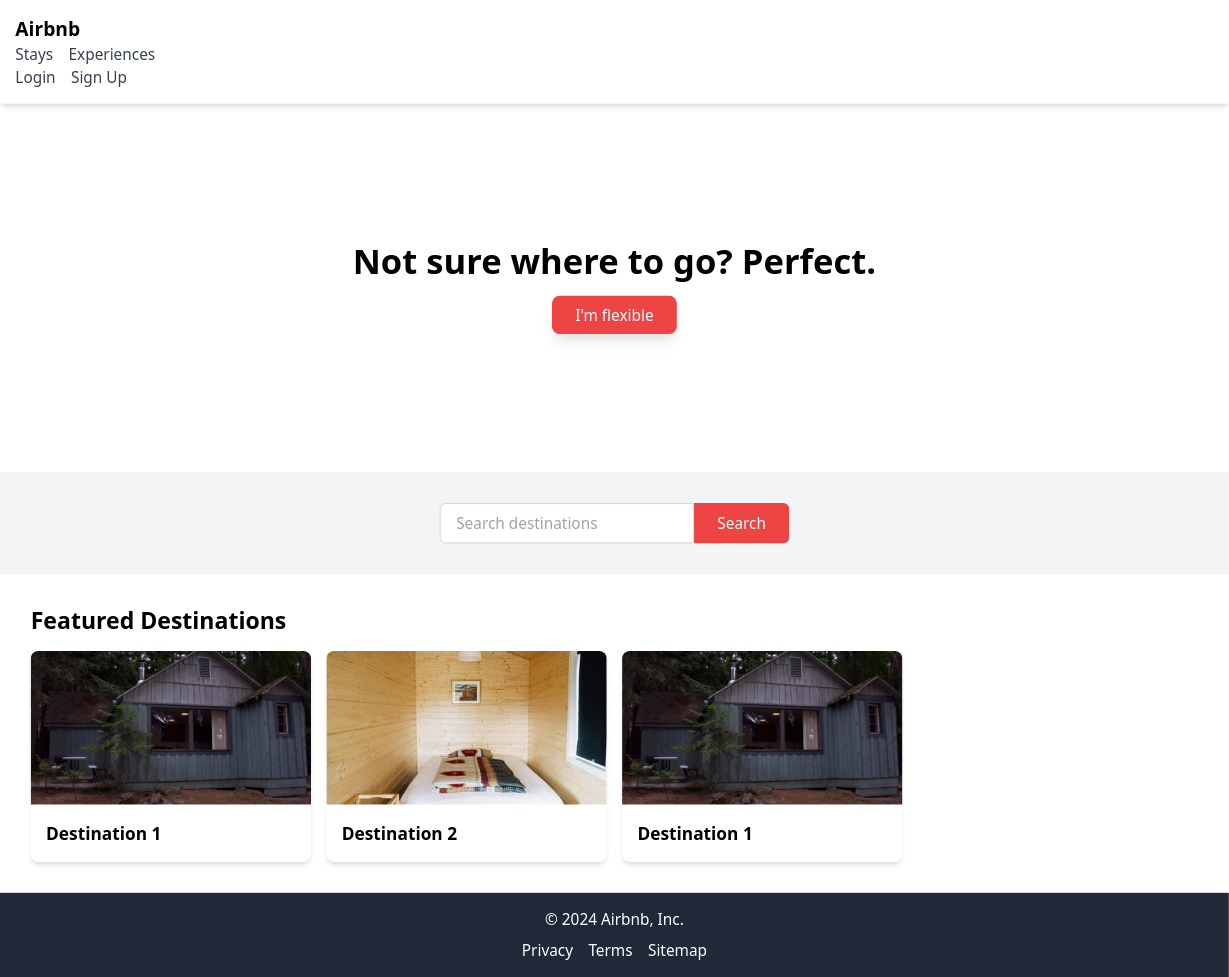
Repository: rmdayberry/Airbnb-Clone
Page: index.html
The author's editor kept a copy of each file at every save. The page is drawn from the files as they stood at one save, then again after the next save.
The browser window is 1280 px wide. The pictures show the whole page, at 96% of full size.

Above is the page before, as saved 2024-08-13 21:09:31.

### index.html
<!DOCTYPE html>
<html lang="en">
  <head>
    <meta charset="UTF-8" />
    <meta name="viewport" content="width=device-width, initial-scale=1.0" />
    <title>Airbnb Clone</title>
    <link
      href="https://cdn.jsdelivr.net/npm/tailwindcss@2.2.19/dist/tailwind.min.css"
      rel="stylesheet"
    />
  </head>
  <body class="font-sans">
    <!-- Navbar -->
    <nav class="lex justify-between items-center p-4 shadow-md bg-white">
      <div class="text-xl font-bold">Airbnb</div>
      <ul class="flex space-x-4">
        <li><a href="#" class="text-gray-700 hover:underline">Stays</a></li>
        <li>
          <a href="#" class="text-gray-700 hover:underline">Experiences</a>
        </li>
      </ul>
      <div class="flex space-x-4">
        <a href="#" class="text-gray-700 hover:underline">Login</a>
        <a href="#" class="text-gray-700 hover:underline">Sign Up</a>
      </div>
    </nav>

    <!-- Hero Section -->

    <header class="bg-cover bg-center h-96">
      <div class="flex flex-col justify-center items-center h-full">
        <h1 class="text-4xl font-bold mb-4">Not sure where to go? Perfect.</h1>
        <button class="bg-red-500 text-white py-2 px-6 rounded-lg shadow-lg">
          I'm flexible
        </button>
      </div>
    </header>

    <!-- Search Bar -->
    <section class="flex justify-center py-8 bg-gray-100">
      <input
        type="text"
        placeholder="Search destinations"
        class="px-4 py-2 border border-gray-300 rounded-l-md"
      />
      <button class="bg-red-500 text-white px-6 py-2 rounded-r-md">
        Search
      </button>
    </section>

    <!-- Featured Listings -->
    <section class="p-8">
      <h2 class="text-2xl font-bold mb-4">Featured Destinations</h2>
      <div
        class="grid grid-cols-1 sm:grid-cols-2 md:grid-cols-3 lg:grid-cols-4 gap-4"
      >
        <!-- Each listing-->
        <div class="bg-white shadow-md rounded-lg overflow-hidden">
          <img src="Images/cabin_at_priest_lake.jpg" alt="Destination 1" class="w-full h-40 object-cover"/>
          <div class="p-4">
            <h3 class="text-lg font-semibold">Destination 1</h3>
          </div>
        </div>
        <div class="bg-white shadow-md rounded-lg overflow-hidden">
          <img src="Images/cabin_bedroom_sleep_sleeping.jpg" alt="Destination 2" class="w-full h-40 object-cover"/>
          <div class="p-4">
            <h3 class="text-lg font-semibold">Destination 2</h3>
          </div>
        </div>
        <div class="bg-white shadow-md rounded-lg overflow-hidden">
          <img src="Images/cabin_at_priest_lake.jpg" alt="Destination 1" class="w-full h-40 object-cover"/>
          <div class="p-4">
            <h3 class="text-lg font-semibold">Destination 1</h3>
          </div>
        </div>
        <!-- Reapeat for more listings -->
      </div>
    </section>

    <!-- Footer -->
    <footer class="p-4 bg-gray-800 text-white text-center">
        <p>© 2024 Airbnb, Inc.</p>
        <ul class="flex justify-center space-x-4 mt-2">
          <li><a href="#" class="hover:underline">Privacy</a></li>
          <li><a href="#" class="hover:underline">Terms</a></li>
          <li><a href="#" class="hover:underline">Sitemap</a></li>
        </ul>
      </div>
    </footer>
  </body>
</html>

After the next save:
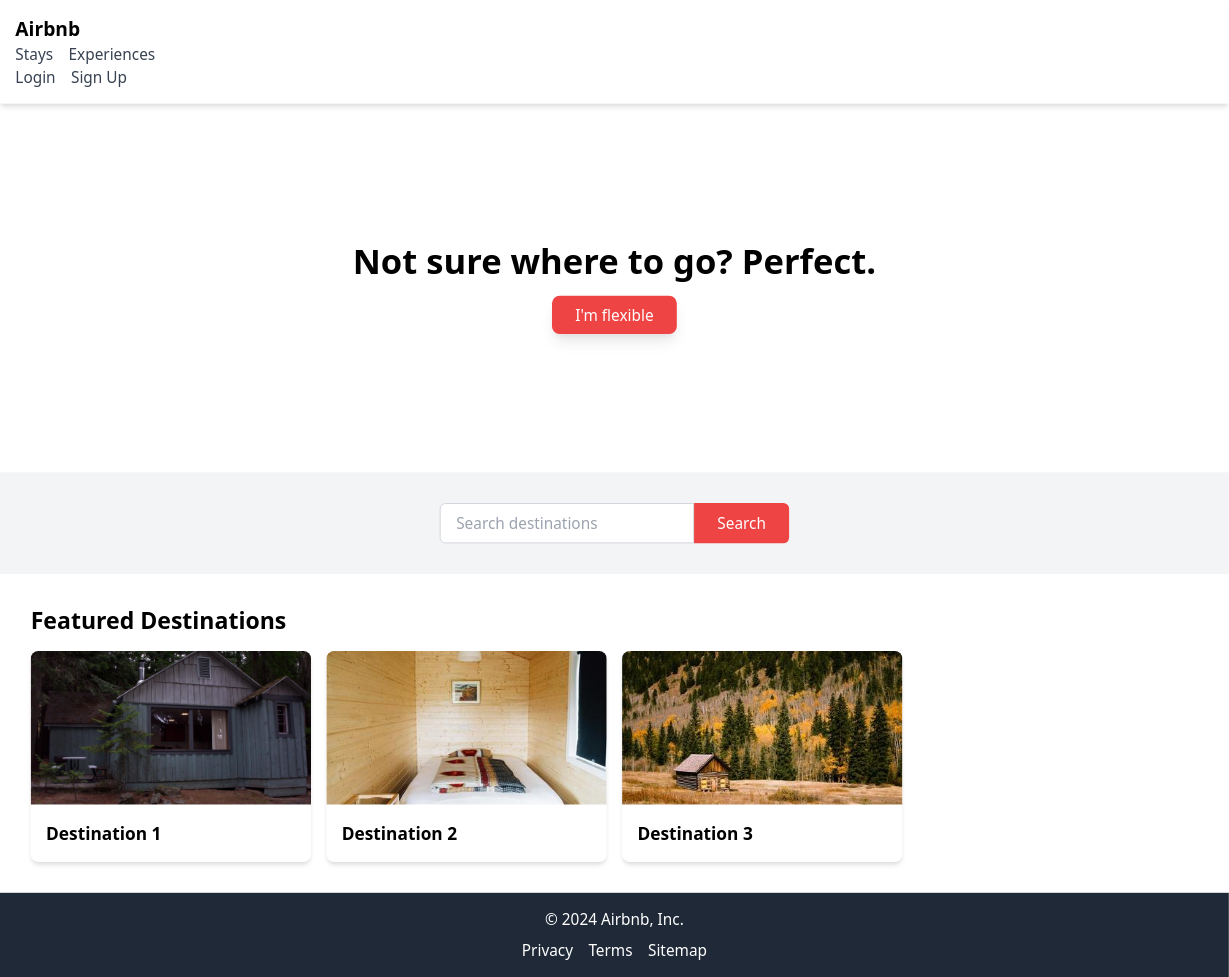
Saved 44 s later.
--- a/index.html
+++ b/index.html
@@ -68,9 +68,9 @@
           </div>
         </div>
         <div class="bg-white shadow-md rounded-lg overflow-hidden">
-          <img src="Images/cabin_at_priest_lake.jpg" alt="Destination 1" class="w-full h-40 object-cover"/>
+          <img src="Images/cabin_log_cabin_woods.jpg" alt="Destination 3" class="w-full h-40 object-cover"/>
           <div class="p-4">
-            <h3 class="text-lg font-semibold">Destination 1</h3>
+            <h3 class="text-lg font-semibold">Destination 3</h3>
           </div>
         </div>
         <!-- Reapeat for more listings -->
